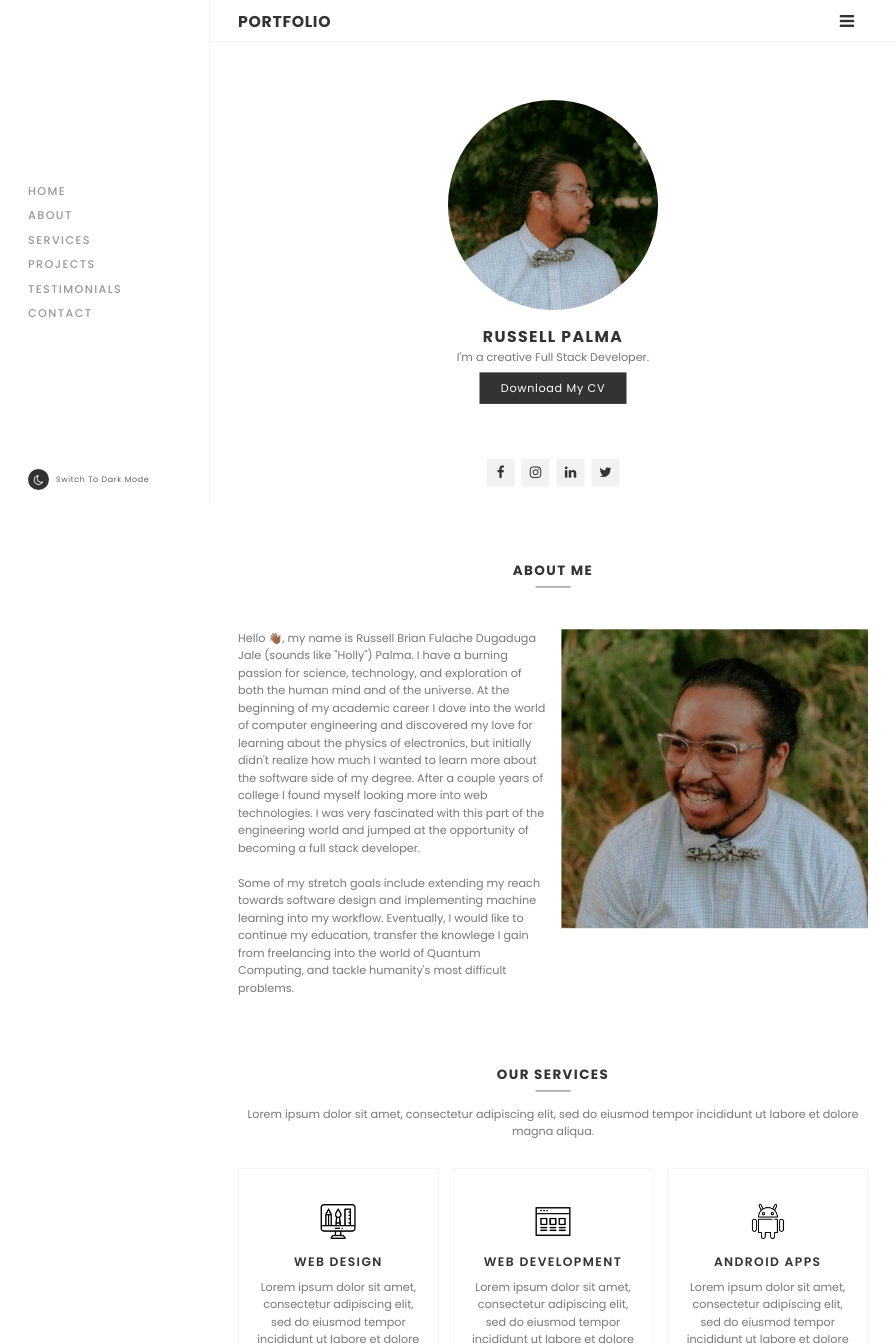
Repository: RussPalms/portforlio-1
Page: index.html
The author's editor kept a copy of each file at every save. The page is drawn from the files as they stood at one save, then again after the next save.
The browser window is 1280 px wide. The pictures show the part of the page from y = 0 to 1920 px (the page is 5693 px tall), at 70% of full size.

Above is the page before, as saved 2021-11-28 16:21:40.

After the next save:
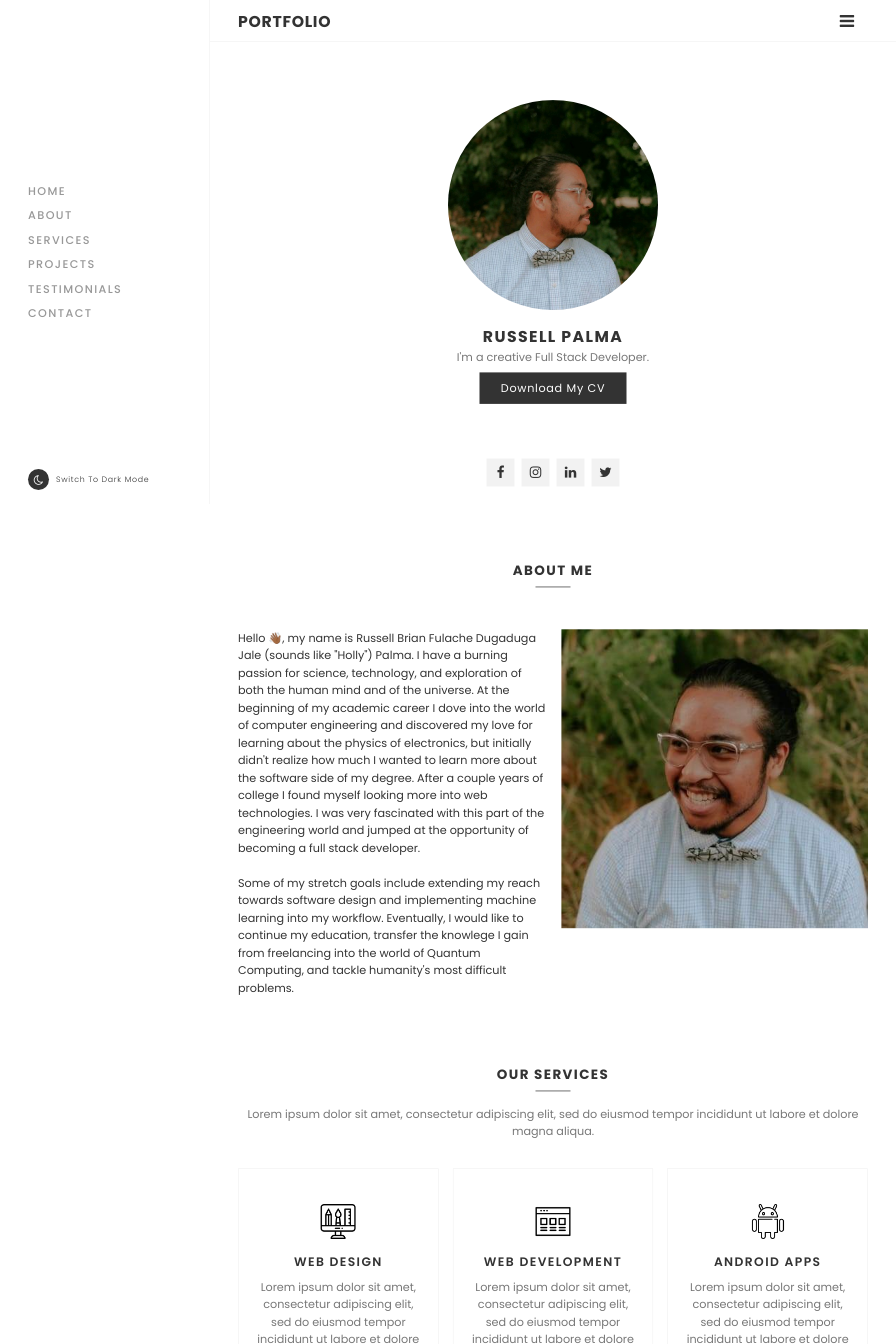
Saved 4 min 13 s later.
--- a/index.html
+++ b/index.html
@@ -87,7 +87,7 @@
 					<div class="content">
 						<div class="textBox">
 							<p>
-								Hello 👋🏾, my name is Russell Brian Fulache Dugaduga Jale (sounds like "Holly") Palma.
+								<p>  </p>Hello 👋🏾, my name is Russell Brian Fulache Dugaduga Jale (sounds like "Holly") Palma.
 								I have a burning passion for science,
 								technology, and exploration of both the human mind and of the universe.
 								At the beginning of my academic career I
